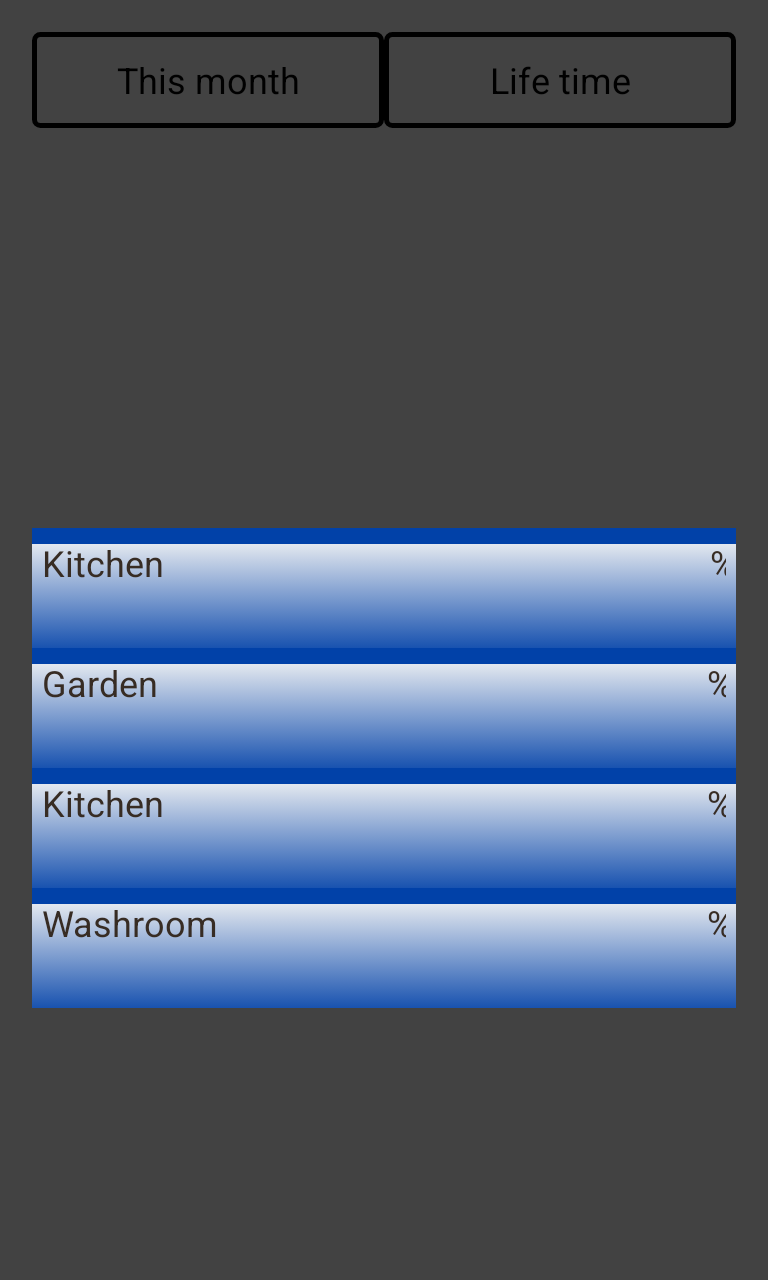
Repository: prabushitha/hydrosaver
Layout: hydrosaver/res/layout/activity_sections.xml
These files come from the project's save history. The layout is drawn as it stood at one moment and after the next save; the edit follows.
It is drawn on a 768 x 1280 px phone screen (xhdpi) without system bars, with theme AppTheme; the app's code is not run.

Above is the layout before, as saved 2016-10-08 09:11:22.

### hydrosaver/res/layout/activity_sections.xml
<RelativeLayout xmlns:android="http://schemas.android.com/apk/res/android"
    xmlns:tools="http://schemas.android.com/tools"
    android:layout_width="match_parent"
    android:layout_height="match_parent"
    android:paddingBottom="@dimen/activity_vertical_margin"
    android:paddingLeft="@dimen/activity_horizontal_margin"
    android:paddingRight="@dimen/activity_horizontal_margin"
    android:paddingTop="@dimen/activity_vertical_margin"
    tools:context="com.whileloop.hydrosaver.SectionsActivity"
    android:background="#424242"
    >

    <TableLayout
    android:layout_width="fill_parent"
    android:layout_height="fill_parent"
    android:stretchColumns="*">
	    <TableRow>
	       <Button android:id="@+id/thismonth"
	                android:layout_width="0dp"
	                android:layout_weight="1"
	                android:layout_height="wrap_content"
	                android:background="@drawable/section_button"
	                android:text="This month"/>
	        <Button android:id="@+id/lifetime"
	                 android:layout_width="0dp"
	                 android:layout_weight="1"
	                android:layout_height="wrap_content"

	                android:background="@drawable/section_button"
	                android:text="Life time"/>



	    </TableRow>
	    <TableRow
	        >
	        <TextView android:layout_width="fill_parent"
	                 android:layout_height="wrap_content"
	                android:textColor="#372c24"
	                android:minHeight="200dp"
	          		android:textSize="18sp"

	               />
	    </TableRow>
	    <TableRow
	        android:background="@drawable/section_tabs">

	        <TextView android:layout_width="fill_parent"
	                 android:layout_height="wrap_content"
	                android:textColor="#372c24"
	                android:minHeight="50dp"


	               android:textSize="18sp"

	               android:layout_weight="1"
	                android:text="Kitchen"/>
	        <TextView android:layout_width="fill_parent"
	                 android:layout_height="wrap_content"
	                android:textColor="#372c24"

	                android:minHeight="50dp"
	               android:textSize="18sp"
	               android:layout_weight="1"
	               android:layout_gravity="right"
	                android:text="%"/>

	    </TableRow>
	    <TableRow
	         android:background="@drawable/section_tabs">

	        <TextView android:layout_width="fill_parent"
	                 android:layout_height="wrap_content"
	                android:textColor="#372c24"
	                android:minHeight="50dp"

	               android:textSize="18sp"

	               android:layout_weight="2"
	                android:text="Garden"/>
	        <TextView android:layout_width="fill_parent"
	                 android:layout_height="wrap_content"
	                android:textColor="#372c24"

	                android:minHeight="50dp"
	               android:textSize="18sp"
	               android:layout_weight="1"
	               android:layout_gravity="right"
	                android:text="%"/>

	    </TableRow>
	    <TableRow
	        android:background="@drawable/section_tabs">

	        <TextView android:layout_width="fill_parent"
	                 android:layout_height="wrap_content"
	                android:textColor="#372c24"
	                android:minHeight="50dp"

	               android:textSize="18sp"

	               android:layout_weight="2"
	                android:text="Kitchen"/>
	        <TextView android:layout_width="fill_parent"
	                 android:layout_height="wrap_content"
	                android:textColor="#372c24"

	                android:minHeight="50dp"
	               android:textSize="18sp"
	               android:layout_weight="1"
	               android:layout_gravity="right"
	                android:text="%"/>

	    </TableRow>
	    <TableRow
	        android:background="@drawable/section_tabs">

	        <TextView android:layout_width="fill_parent"
	                 android:layout_height="wrap_content"
	                android:textColor="#372c24"
	                android:minHeight="50dp"

	               android:textSize="18sp"

	               android:layout_weight="2"
	                android:text="Washroom"/>
	        <TextView android:layout_width="fill_parent"
	                 android:layout_height="wrap_content"
	                android:textColor="#372c24"

	                android:minHeight="50dp"
	               android:textSize="18sp"
	               android:layout_weight="1"
	               android:layout_gravity="right"
	                android:text="%"/>

	    </TableRow>







	</TableLayout>

</RelativeLayout>

### hydrosaver/res/drawable-mdpi/section_button.xml
<?xml version="1.0" encoding="utf-8"?>
<shape xmlns:android="http://schemas.android.com/apk/res/android"
  android:shape="rectangle">

  <corners android:radius="3dp" />
  <stroke android:width="5px" android:color="#000000" />
</shape>

### hydrosaver/res/drawable-mdpi/section_tabs.xml
<?xml version="1.0" encoding="utf-8"?>
    <selector xmlns:android="http://schemas.android.com/apk/res/android">
        <item android:state_pressed="true" android:top="1dp" android:bottom="1dp"><layer-list>
                <item android:bottom="-10dp" android:left="-10dp" android:right="-10dp"><shape>
                        <gradient android:angle="270" android:endColor="#0141a8" android:startColor="#f2f3f4" />

                        <stroke android:width="8dp" android:color="#0141a8" />

                        <corners android:radius="5dp" />

                        <padding android:bottom="5dp" android:left="5dp" android:right="5dp" android:top="5dp" />
                    </shape></item>
            </layer-list></item>
        <item android:state_enabled="true"><layer-list>
                <item android:bottom="-10dp" android:left="-10dp" android:right="-10dp"><shape android:shape="rectangle">
                        <gradient android:angle="270" android:endColor="#0141a8" android:startColor="#f2f3f4" />

                        <stroke android:width="8dp" android:color="#0141a8" />

                        <corners android:radius="5dp" />

                        <padding android:bottom="3dp" android:left="5dp" android:right="5dp" android:top="5dp" />
                    </shape></item>
            </layer-list></item>

    </selector>

Loaded but not shown: hydrosaver/res/values/styles.xml (common file); hydrosaver/res/values-v11/styles.xml (common file); hydrosaver/res/values-v14/styles.xml (common file); hydrosaver/res/values/dimens.xml (common file); hydrosaver/res/values-w820dp/dimens.xml (common file)

After the next save:
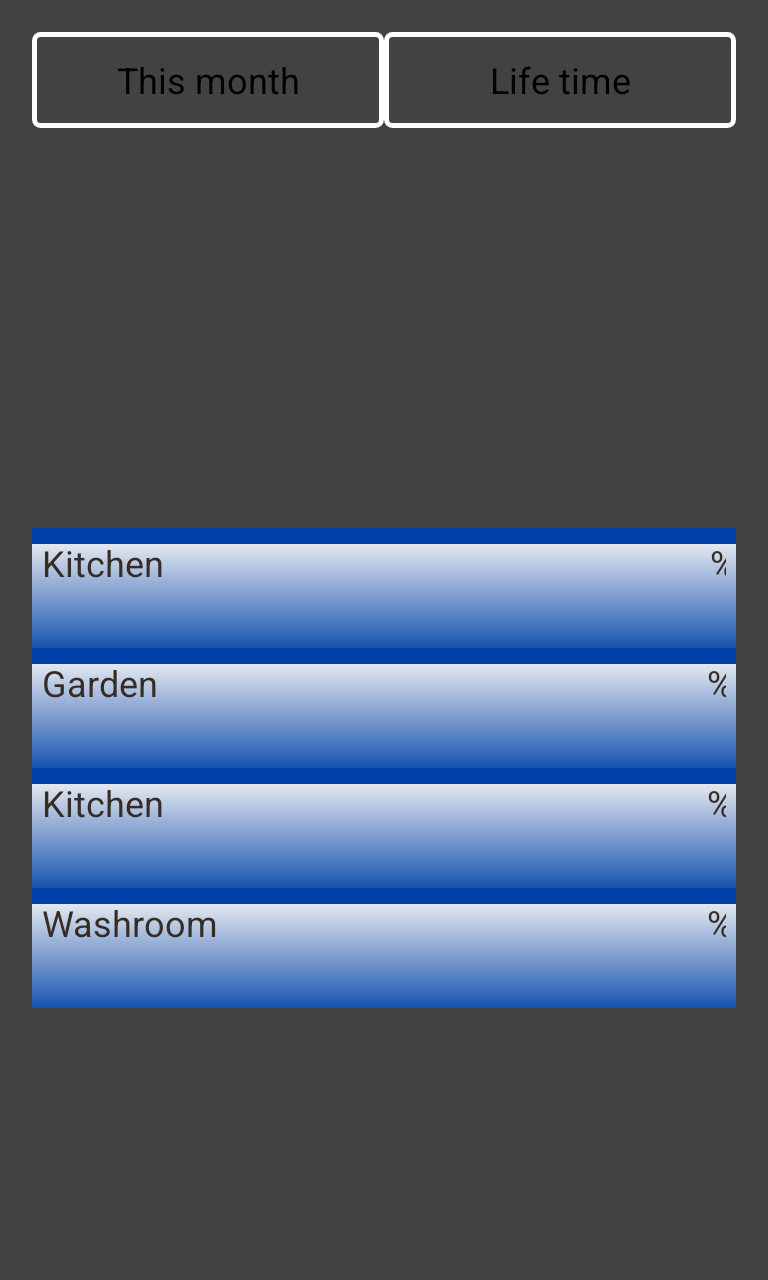
Saved 12 s later.
--- a/hydrosaver/res/drawable-mdpi/section_button.xml
+++ b/hydrosaver/res/drawable-mdpi/section_button.xml
@@ -3,5 +3,5 @@
   android:shape="rectangle">
 
   <corners android:radius="3dp" />
-  <stroke android:width="5px" android:color="#000000" />
+  <stroke android:width="5px" android:color="#FFFFFF" />
 </shape>
